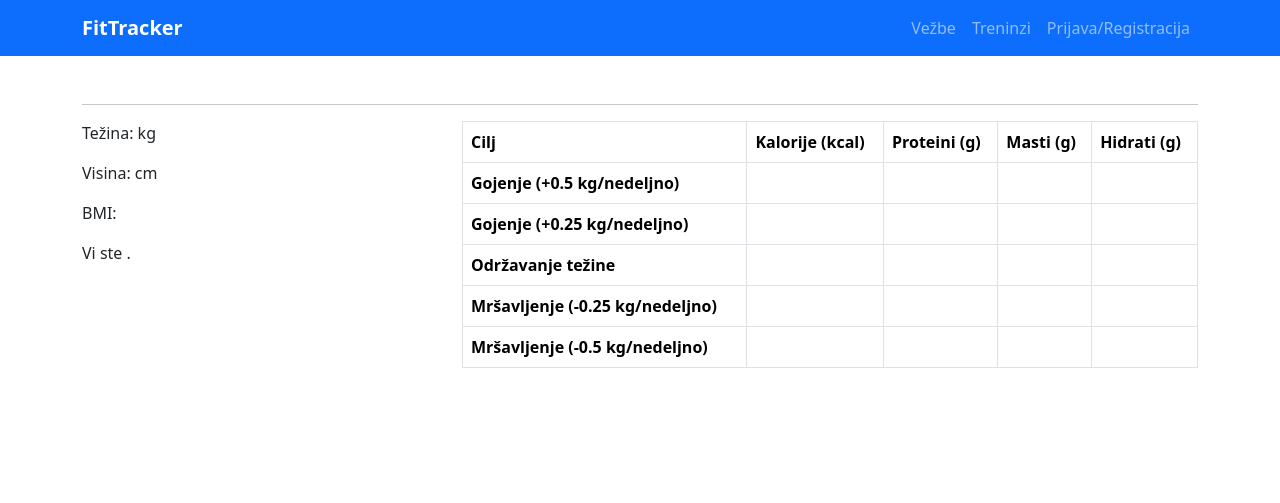
Repository: M1K1B/FitTracker
Page: http://localhost/FitTrackerWeb/profil.jsp
These files come from the project's save history. The page is drawn as it stood at one moment and after the next save; the edit follows.
The browser window is 1280 px wide. The pictures show the whole page.
The page is served by Tomcat 9. Other server files are loaded and not shown. The template is opened directly, without the code that normally fills it, so the values that code supplies are empty.

Above is the page before, as saved 2024-02-02 11:26:46.

### FitTrackerWeb/src/main/webapp/profil.jsp
<%@ page language="java" contentType="text/html; charset=UTF-8"
	pageEncoding="UTF-8"%>
<%@ taglib prefix="c" uri="http://java.sun.com/jsp/jstl/core"%>
<%@ taglib prefix="fn" uri="http://java.sun.com/jsp/jstl/functions"%>

<!DOCTYPE html>
<html>
<head>
<meta charset="UTF-8">
<meta name="viewport"
	content="width=device-width, initial-scale=1, shrink-to-fit=no">
<!-- Bootstrap CSS - Include the CSS file or use a CDN link -->
<link
	href="https://cdn.jsdelivr.net/npm/bootstrap@5.3.2/dist/css/bootstrap.min.css"
	rel="stylesheet"
	integrity="sha384-T3c6CoIi6uLrA9TneNEoa7RxnatzjcDSCmG1MXxSR1GAsXEV/Dwwykc2MPK8M2HN"
	crossorigin="anonymous">

<style>
.card {
	text-decoration: none;
}

.card:hover {
	background-color: #fafafa;
	cursor: pointer;
}
</style>
</head>
<body>
	<%@include file="header.jsp"%>

	<div class="container mt-5">
		<div class="col-12 mx-auto">
			<h3 class="h3">${ korisnik.ime } ${ korisnik.prezime }</h3>
			<p>${ korisnik.email }</p>
			<hr>
			<div class="row">
				<div class="col-4">
					<p>Težina: ${ korisnik.tezina } kg</p>
					<p>Visina: ${ korisnik.visina } cm</p>
					<p>BMI: ${ korisnik.bmi }</p>
					<p>Vi ste <span class="text-decoration-underline">${ korisnik.status }</span>.</p>
				</div>
				<div class="col-8">

					<table class="table table-bordered">
						<thead>
							<tr>
								<th scope="col">Cilj</th>
								<th scope="col">Kalorije (kcal)</th>
								<th scope="col">Proteini (g)</th>
								<th scope="col">Masti (g)</th>
								<th scope="col">Hidrati (g)</th>
							</tr>
						</thead>
						<tbody>
							<tr>
								<th scope="row">Gojenje (+0.5 kg/nedeljno)</th>
								<td>${ korisnik.macros[0][0] }</td>
								<td>${ korisnik.macros[0][1] }</td>
								<td>${ korisnik.macros[0][2] }</td>
								<td>${ korisnik.macros[0][3] }</td>
							</tr>
							<tr>
								<th scope="row">Gojenje (+0.25 kg/nedeljno)</th>
								<td>${ korisnik.macros[1][0] }</td>
								<td>${ korisnik.macros[1][1] }</td>
								<td>${ korisnik.macros[1][2] }</td>
								<td>${ korisnik.macros[1][3] }</td>
							</tr>
							<tr>
								<th scope="row">Održavanje težine</th>
								<td>${ korisnik.macros[2][0] }</td>
								<td>${ korisnik.macros[2][1] }</td>
								<td>${ korisnik.macros[2][2] }</td>
								<td>${ korisnik.macros[2][3] }</td>
							</tr>
							<tr>
								<th scope="row">Mršavljenje (-0.25 kg/nedeljno)</th>
								<td>${ korisnik.macros[3][0] }</td>
								<td>${ korisnik.macros[3][1] }</td>
								<td>${ korisnik.macros[3][2] }</td>
								<td>${ korisnik.macros[3][3] }</td>
							</tr>
							<tr>
								<th scope="row">Mršavljenje (-0.5 kg/nedeljno)</th>
								<td>${ korisnik.macros[4][0] }</td>
								<td>${ korisnik.macros[4][1] }</td>
								<td>${ korisnik.macros[4][2] }</td>
								<td>${ korisnik.macros[4][3] }</td>
							</tr>
						</tbody>
					</table>
				</div>
			</div>

		</div>
	</div>

	<!-- Your Content Goes Here -->
	<script
		src="https://cdn.jsdelivr.net/npm/bootstrap@5.3.2/dist/js/bootstrap.bundle.min.js"
		integrity="sha384-C6RzsynM9kWDrMNeT87bh95OGNyZPhcTNXj1NW7RuBCsyN/o0jlpcV8Qyq46cDfL"
		crossorigin="anonymous"></script>
</body>
</html>

### FitTrackerWeb/src/main/webapp/header.jsp
<%@ page language="java" contentType="text/html; charset=UTF-8"
	pageEncoding="UTF-8"%>
<!DOCTYPE html>
<html>
<head>
<meta charset="UTF-8">
<meta name="viewport"
	content="width=device-width, initial-scale=1, shrink-to-fit=no">
<!-- Bootstrap CSS - Include the CSS file or use a CDN link -->
<link
	href="https://cdn.jsdelivr.net/npm/bootstrap@5.3.2/dist/css/bootstrap.min.css"
	rel="stylesheet"
	integrity="sha384-T3c6CoIi6uLrA9TneNEoa7RxnatzjcDSCmG1MXxSR1GAsXEV/Dwwykc2MPK8M2HN"
	crossorigin="anonymous">
</head>
<body>

	<!-- Bootstrap Navbar -->
	<nav class="navbar navbar-dark navbar-expand-lg bg-primary">
		<div class="container">
			<a class="navbar-brand" href="#"><strong>FitTracker</strong></a>
			<button class="navbar-toggler" type="button"
				data-bs-toggle="collapse" data-bs-target="#navbarSupportedContent"
				aria-controls="navbarSupportedContent" aria-expanded="false"
				aria-label="Toggle navigation">
				<span class="navbar-toggler-icon"></span>
			</button>
			<div class="collapse navbar-collapse" id="navbarSupportedContent">
				<ul class="navbar-nav ms-auto mb-2 mb-lg-0">
					<li class="nav-item"><a class="nav-link"
						aria-current="page" href="/FitTracker/vezbe/sveVezbe">Vežbe</a></li>
					<li class="nav-item"><a class="nav-link"
						href="/FitTracker/treninzi/sviTreninzi">Treninzi</a></li>
					<c:if test="${pageContext.request.userPrincipal.name == null}">
					<li class="nav-item"><a class="nav-link"
						href="/FitTracker/login">Prijava/Registracija</a></li>

					</c:if>
					<c:if test="${pageContext.request.userPrincipal.name != null}">
						<li class="nav-item dropdown">
					<a
						class="nav-link dropdown-toggle" href="#" role="button"
						data-bs-toggle="dropdown" aria-expanded="false">

						${ pageContext.request.userPrincipal.name }
					</a>
						<ul class="dropdown-menu">
							<li><a class="dropdown-item"
								href="/FitTracker/profil">Moj profil</a></li>
							<li><hr class="dropdown-divider"></li>
							<li><a class="dropdown-item text-danger"
								href="/FitTracker/logout">Izlogujte se</a></li>
						</ul></li>
					</c:if>

			</div>
		</div>
	</nav>

	<!-- Your Content Goes Here -->
	<!-- <script src="https://cdn.jsdelivr.net/npm/bootstrap@5.3.2/dist/js/bootstrap.bundle.min.js" integrity="sha384-C6RzsynM9kWDrMNeT87bh95OGNyZPhcTNXj1NW7RuBCsyN/o0jlpcV8Qyq46cDfL" crossorigin="anonymous"></script> -->
</body>
</html>

After the next save:
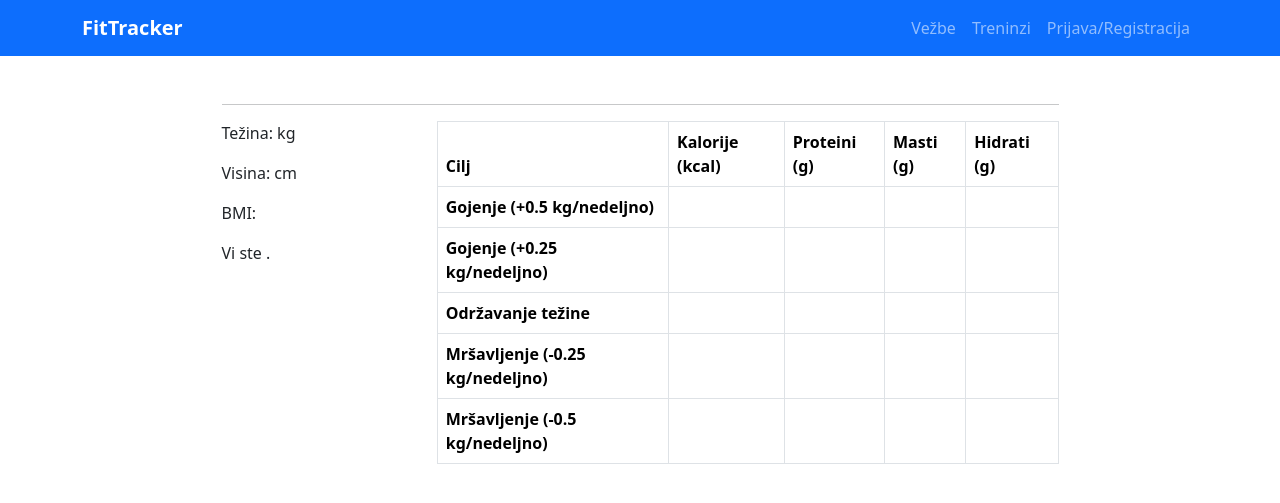
Saved 12 s later.
--- a/FitTrackerWeb/src/main/webapp/profil.jsp
+++ b/FitTrackerWeb/src/main/webapp/profil.jsp
@@ -31,18 +31,18 @@
 	<%@include file="header.jsp"%>
 
 	<div class="container mt-5">
-		<div class="col-12 mx-auto">
+		<div class="col-9 mx-auto">
 			<h3 class="h3">${ korisnik.ime } ${ korisnik.prezime }</h3>
 			<p>${ korisnik.email }</p>
 			<hr>
 			<div class="row">
-				<div class="col-4">
+				<div class="col-3">
 					<p>Težina: ${ korisnik.tezina } kg</p>
 					<p>Visina: ${ korisnik.visina } cm</p>
 					<p>BMI: ${ korisnik.bmi }</p>
 					<p>Vi ste <span class="text-decoration-underline">${ korisnik.status }</span>.</p>
 				</div>
-				<div class="col-8">
+				<div class="col-9">
 
 					<table class="table table-bordered">
 						<thead>
